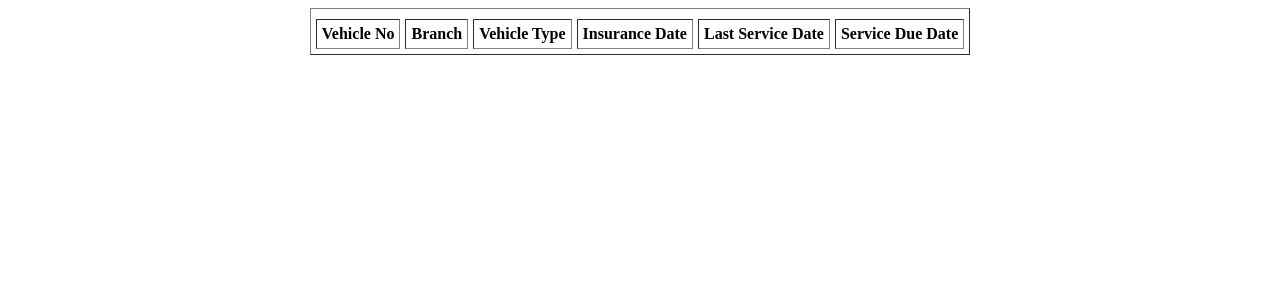
Repository: vaibhavgramni/VehicleSystem
Page: http://localhost/VehicleReservation/SearchServiceDate.jsp
An editor plug-in stored every save of this project. The page is shown before and after the next save, followed by the edit.
The browser window is 1280 px wide. The pictures show the whole page.
The page is served by Tomcat 9. Other server files are loaded and not shown. Queries for data that is not in the repository find no rows.

Above is the page before, as saved 2019-05-06 09:22:29.

### VehicleReservation/WebContent/SearchServiceDate.jsp

<%@page import="java.sql.Connection"%>
<%@page import="java.sql.PreparedStatement"%>
<%@page import="java.sql.ResultSet"%>
<%@page import="java.sql.SQLException"%>
<%@page import="VehicleR.*"%>
<%@page import="java.util.*"%>
<%@page import="java.text.*"%>


<!DOCTYPE html PUBLIC "-//W3C//DTD HTML 4.01 Transitional//EN" "http://www.w3.org/TR/html4/loose.dtd">
<html>
<head>
<meta http-equiv="Content-Type" content="text/html; charset=ISO-8859-1">
<title>Insert title here</title>
</head>
<body>
<%
Connection con=null;
PreparedStatement pstmt=null;
ResultSet rs=null;
String indate=(String)request.getParameter("servicedate");
String y =""+Calendar.getInstance().get(Calendar.YEAR);
String role = (String)session.getAttribute("role");
%>
		<table align="center" cellpadding="5" cellspacing="5" border="1">
			<tr>

			</tr>
			<tr>
				<td><b>Vehicle No</b></td>
				<td><b>Branch</b></td>
				<td><b>Vehicle Type</b></td>
				<td><b>Insurance Date</b></td>
				<td><b>Last Service Date</b></td>
				<td><b>Service Due Date</b></td>
				</tr>
				<%
				try {
		               con=Util1.getConnection();
		               System.out.println("before stmt");
		               System.out.println(indate);
		               System.out.println(y);

		               pstmt=con.prepareStatement("select * from vehicleinfo1");
		               System.out.println("after stmt");
		               rs=pstmt.executeQuery();
		               System.out.println("Inside try search page");
		               while(rs.next())
		               {
		            	    String d = rs.getString("serviceduedate");
		            	    String servicedate = rs.getString("insurancedate");
		            	    SimpleDateFormat format=new SimpleDateFormat("yyyy-MM-dd");
		           			Date date = format.parse(d);
		           			Date dateservice = format.parse(servicedate);
		           		 	System.out.println(date);
		           		// below code is for difference in days..//
		           		 	Date datetoday = Calendar.getInstance().getTime();
		         	        int diffInDays = (int) ((datetoday.getTime() - date.getTime()) / (1000 * 60 * 60 * 24));
		         	        int diffInDaysService = (int) ((datetoday.getTime() - dateservice.getTime()) / (1000 * 60 * 60 * 24));
		         	        System.out.println(diffInDays);
		           		//top code is for difference in days...//
		           			Calendar calendar = Calendar.getInstance();
		           			calendar.setTime(date);
		           			System.out.println("date");
		           			String month = ""+calendar.get(Calendar.MONTH);
		           			String year =""+calendar.get(Calendar.YEAR);
		           			if(month.equals(indate) && year.equals(y))
		           			{
		           				if(role.equals("admin"))
		           				{
		           				%>
		           						<tr>
		    								<td><a href="Updateform2.jsp"><%=rs.getString("vehicleno") %></a></td>
		    								<td><%=rs.getString("branch") %></td>
		    								<td><%=rs.getString("vehicletype") %></td>
		    								<%  if(diffInDaysService<=15)
		         	        				{  %>
		    									<td style="color:red;"><%=rs.getString("insurancedate") %></td>
		    								<% }
		    								else
		    								{  %>
		    									<td><%=rs.getString("insurancedate") %></td>
		    							<% 	}  %>
		    								<td><%=rs.getString("lastservicedate") %></td>
		    								<%  if(diffInDays<=15)
		         	        				{  %>
		    									<td style="color:red;"><%=rs.getString("serviceduedate") %></td>
		    								<% }
		    								else
		    								{  %>
		    									<td><%=rs.getString("serviceduedate") %></td>
		    							<% 	}  %>
		    							</tr>
		    					<%
		           				}
		           				else
		           				{
		           				%>
		           						<tr>
		    								<td><%=rs.getString("vehicleno") %></td>
		    								<td><%=rs.getString("branch") %></td>
		    								<td><%=rs.getString("vehicletype") %></td>
		    								<%  if(diffInDaysService<=15)
		         	        				{  %>
		    									<td style="color:red;"><%=rs.getString("insurancedate") %></td>
		    								<% }
		    								else
		    								{  %>
		    									<td><%=rs.getString("insurancedate") %></td>
		    							<% 	}  %>
		    								<td><%=rs.getString("lastservicedate") %></td>
		    								<%  if(diffInDays<=15)
		         	        				{  %>
		    									<td style="color:red;"><%=rs.getString("serviceduedate") %></td>
		    								<% }
		    								else
		    								{  %>
		    									<td><%=rs.getString("serviceduedate") %></td>
		    							<% 	}  %>
		    							</tr>
		           				<%
		           				}
		            	   }
		             }
				}
		             catch (SQLException e) {
		                      e.printStackTrace();
		               }
		               finally {
		                      Util1.closeAll(rs, pstmt, con);
		               }
				%>
		</table>
</body>
</html>

### VehicleReservation/src/VehicleR/Util1.java
package VehicleR;

import java.io.FileReader;
import java.io.IOException;
import java.sql.Connection;
import java.sql.DriverManager;
import java.sql.ResultSet;
import java.sql.SQLException;
import java.sql.Statement;
import java.util.Properties;

public class Util1 {
private static final String driverClass;
private static final String url;
private static final String username;
private static final String password;

static
{
	System.out.println("inside util1");
	/*Properties pr=new Properties();
	FileReader in=null;*/
	driverClass="oracle.jdbc.driver.OracleDriver";
	url="jdbc:oracle:thin:@localhost:1521:XE";
	username="system";
	password="password-1";
	try
	{

/*
		in=new FileReader("//constant.properties");
		pr.load(in);
*/	}
	catch(Exception e)
	{
		e.printStackTrace();
	}
	finally
	{
		/*try
		{
			if(in!=null)
			{
				in.close();
				in=null;
			}
		}
		catch(IOException e)
		{
			e.printStackTrace();
		}*/
		/*driverClass=pr.getProperty("driverClass");
		url=pr.getProperty("url");
		username=pr.getProperty("username");
		password=pr.getProperty("password");*/

	}
}

static
{
	try
	{
		Class.forName(driverClass);
	}
	catch(ClassNotFoundException e)
	{
		e.printStackTrace();
	}
}
public static Connection getConnection() throws SQLException
{
	return DriverManager.getConnection(url,username,password);
}
public static void closeAll(ResultSet rs,Statement stmt,Connection con)
{
	try
	{
		if(rs!=null)
		{
			rs.close();
			rs=null;
		}
	}
	catch(SQLException e)
	{
		e.printStackTrace();
	}
	try
	{
		if(stmt!=null)
		{
			stmt.close();
		}
	}
	catch(SQLException e)
	{
		e.printStackTrace();
	}
	try
	{
		if(con!=null)
		{
			con.close();
			con=null;
		}
	}
	catch(SQLException e)
	{
		e.printStackTrace();
	}
}
}

After the next save:
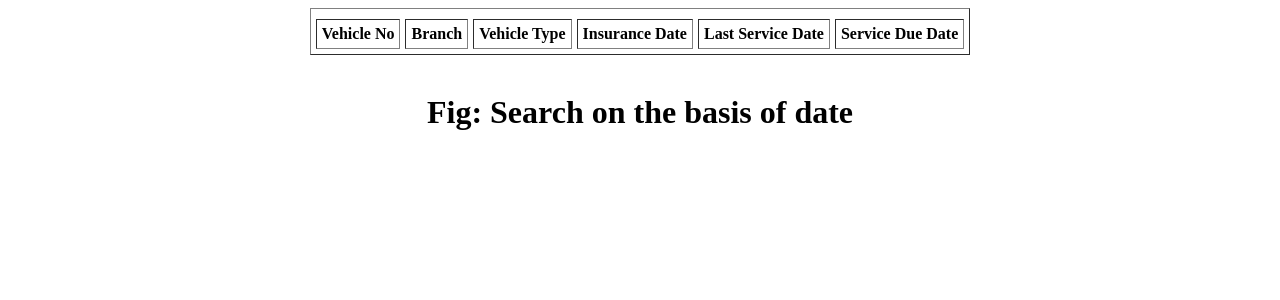
Saved 20 s later.
--- a/VehicleReservation/WebContent/SearchServiceDate.jsp
+++ b/VehicleReservation/WebContent/SearchServiceDate.jsp
@@ -132,5 +132,7 @@ String role = (String)session.getAttribute("role");
 		               }
 				%>
 		</table>
+		<br>
+		<p><center><h1>Fig: Search on the basis of date</h1></center></p>
 </body>
 </html>
